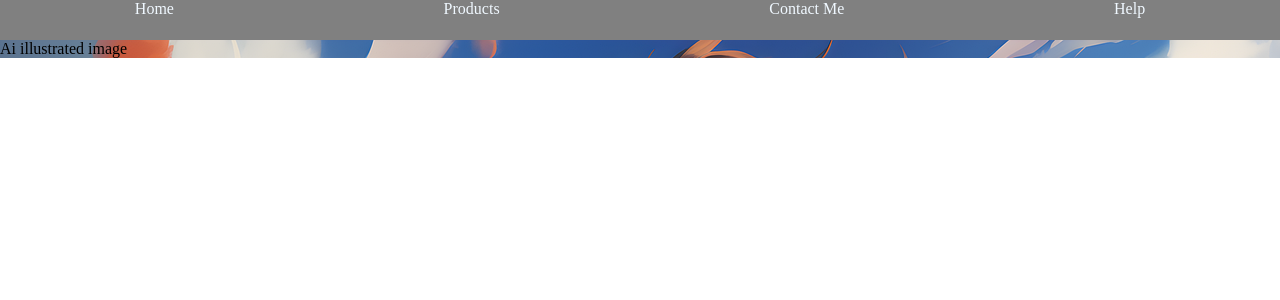
Repository: nihalani20/CSS-by-KG
Page: Practice set/Set-6/index.html
An editor plug-in stored every save of this project. The page is shown before and after a run of saves, followed by the edit.
The browser window is 1280 px wide. The pictures show the whole page.

Above is the page before, as saved 2023-11-27 16:00:46.

### Practice set/Set-6/index.html
<!DOCTYPE html>
<html lang="en">
<head>
    <meta charset="UTF-8">
    <meta name="viewport" content="width=device-width, initial-scale=1.0">
    <title>Practice level-6</title>
    <link rel="stylesheet" href="styles.css">
</head>
<body>
    <header >
        <!-- You do not need to declare id and class jest target the nav and apply flex -->
        <nav id="container">
            <a href ="#">Home</a>
            <a  href="#">Products</a>
            <a href="#">Contact Me</a>
            <a  href="#">Help</a>
        </nav>
    </header>

    <div id="image">Ai illustrated image
    </div>
</body>
</html>

### Practice set/Set-6/styles.css
*{
margin: 0;
   padding: 0;
}
nav a
{
   text-decoration: none;
   color:aliceblue;

}

#container{
   background-color:grey;
   height: 40px;

   display: flex;
   justify-content: space-around;
}



#image{
   background-image:url(images/ai-generated-8188166_1280.png)
}

After the next 4 saves:
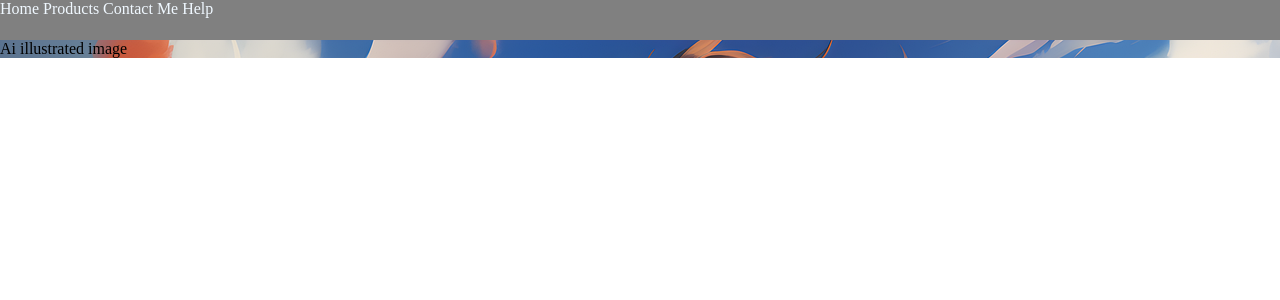
The 4 saves are shown as one change because they came seconds apart.
The last was saved 10 s later.
--- a/Practice set/Set-6/styles.css
+++ b/Practice set/Set-6/styles.css
@@ -12,7 +12,7 @@
 #container{
    background-color:grey;
    height: 40px;
-
+   padd
    display: flex;
    justify-content: space-around;
 }

After the save that followed:
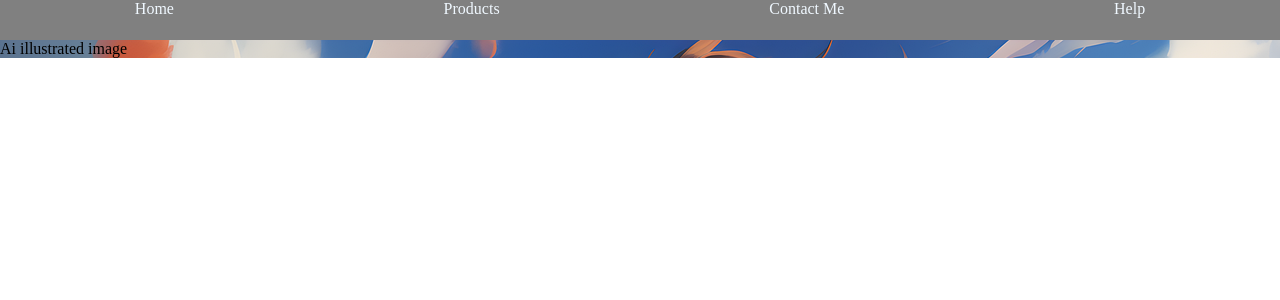
Saved 4 s later.
--- a/Practice set/Set-6/styles.css
+++ b/Practice set/Set-6/styles.css
@@ -12,7 +12,7 @@
 #container{
    background-color:grey;
    height: 40px;
-   padd
+   padding: ;
    display: flex;
    justify-content: space-around;
 }
